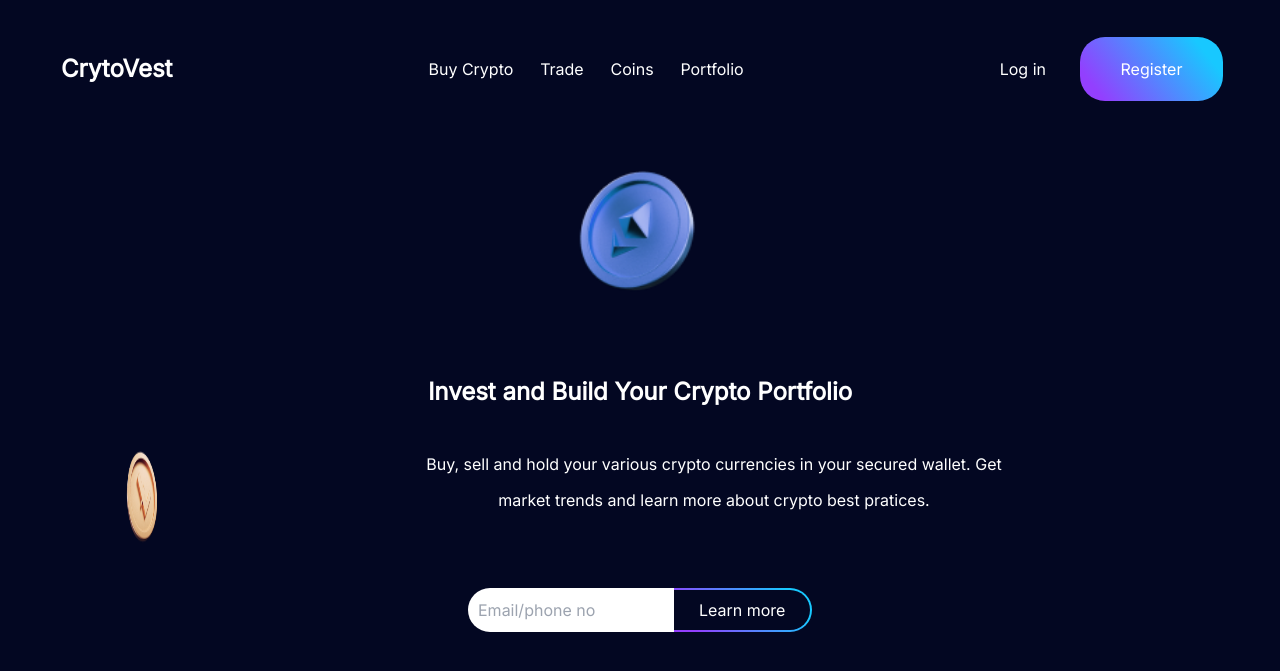
Repository: Eugene44-hub/cryptovest
Page: /
These files come from the project's save history. The page is drawn as it stood at one moment and after the next save; the edit follows.
The browser window is 1280 px wide. The pictures show the whole page.
The project was rebuilt for these pictures with package versions that can differ from the ones it lists, and the page was loaded fresh each time. Also part of the build but not shown: vite.config.ts.

Above is the page before, as saved 2022-07-15 22:56:07.

After the next save:
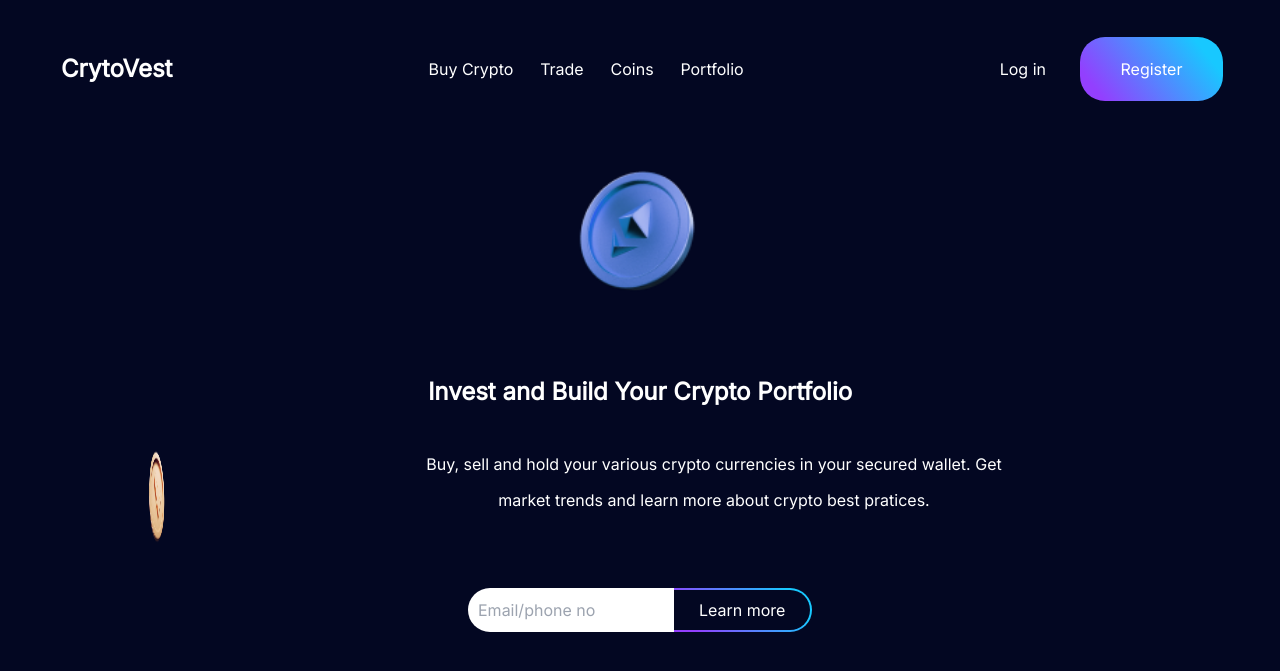
Saved 10 s later.
--- a/src/components/hero/Hero.tsx
+++ b/src/components/hero/Hero.tsx
@@ -16,7 +16,7 @@
             Invest and Build Your Crypto Portfolio
           </header>
           <figure className='flex justify-end'>
-          <img src={liteCoin} className={"w-[40%] "} alt="" />
+          <img src={liteCoin} className={"w-[20%] "} alt="" />
           </figure>
           <div className='w-full md:order-2 md:mt-0 mt-[3px] '>
           <div className='flex w-[344px] m-auto rounded-[25px] mt-[3px] overflow-hidden'>

After the save that followed:
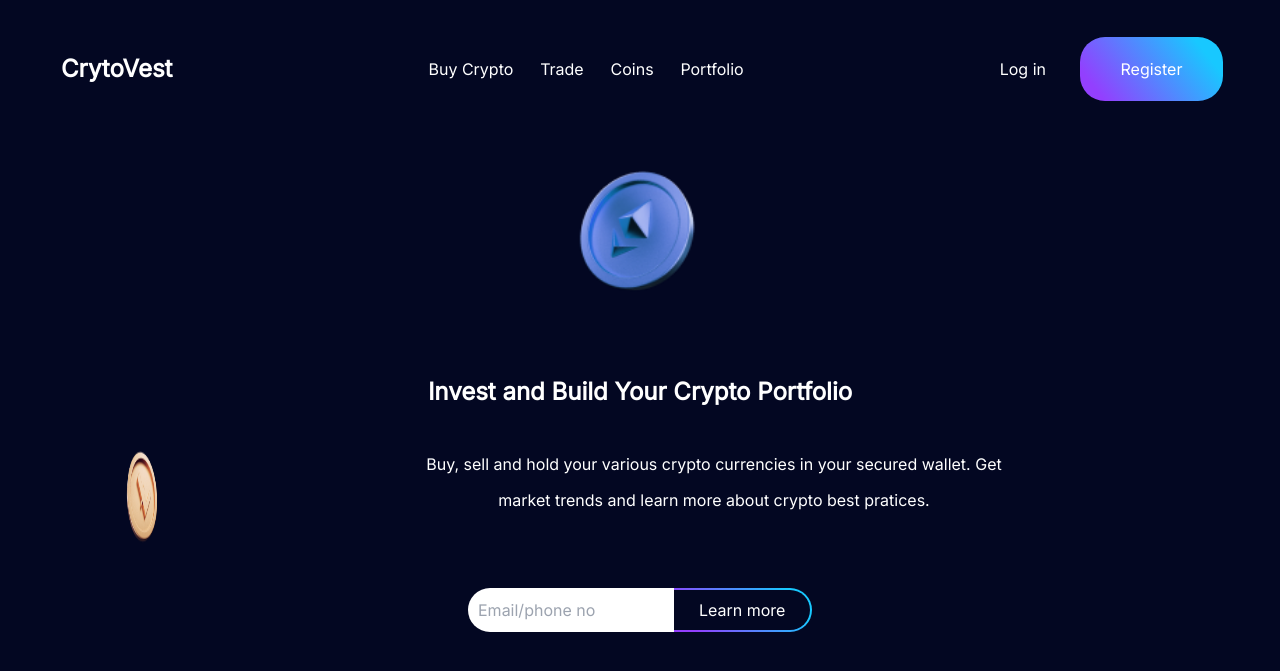
Saved 8 s later.
--- a/src/components/hero/Hero.tsx
+++ b/src/components/hero/Hero.tsx
@@ -16,7 +16,7 @@
             Invest and Build Your Crypto Portfolio
           </header>
           <figure className='flex justify-end'>
-          <img src={liteCoin} className={"w-[20%] "} alt="" />
+          <img src={liteCoin} className={"w-[40%] "} alt="" />
           </figure>
           <div className='w-full md:order-2 md:mt-0 mt-[3px] '>
           <div className='flex w-[344px] m-auto rounded-[25px] mt-[3px] overflow-hidden'>
